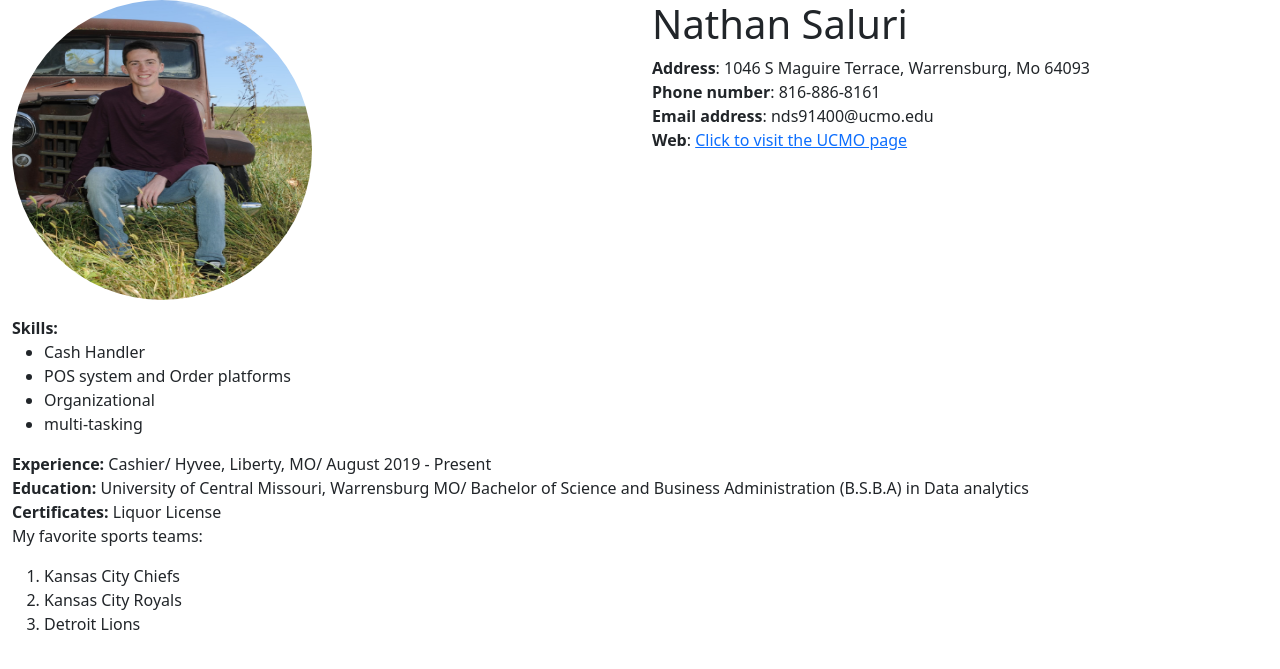
Repository: nds91400/spring-2023-cis2625-serverless
Page: lesson8/index.html
The author's editor kept a record of every edit. The page is drawn from the files as they stood at one moment, then again after the next edit.
The browser window is 1280 px wide. The pictures show the whole page.

Above is the page before.

After the next edit:
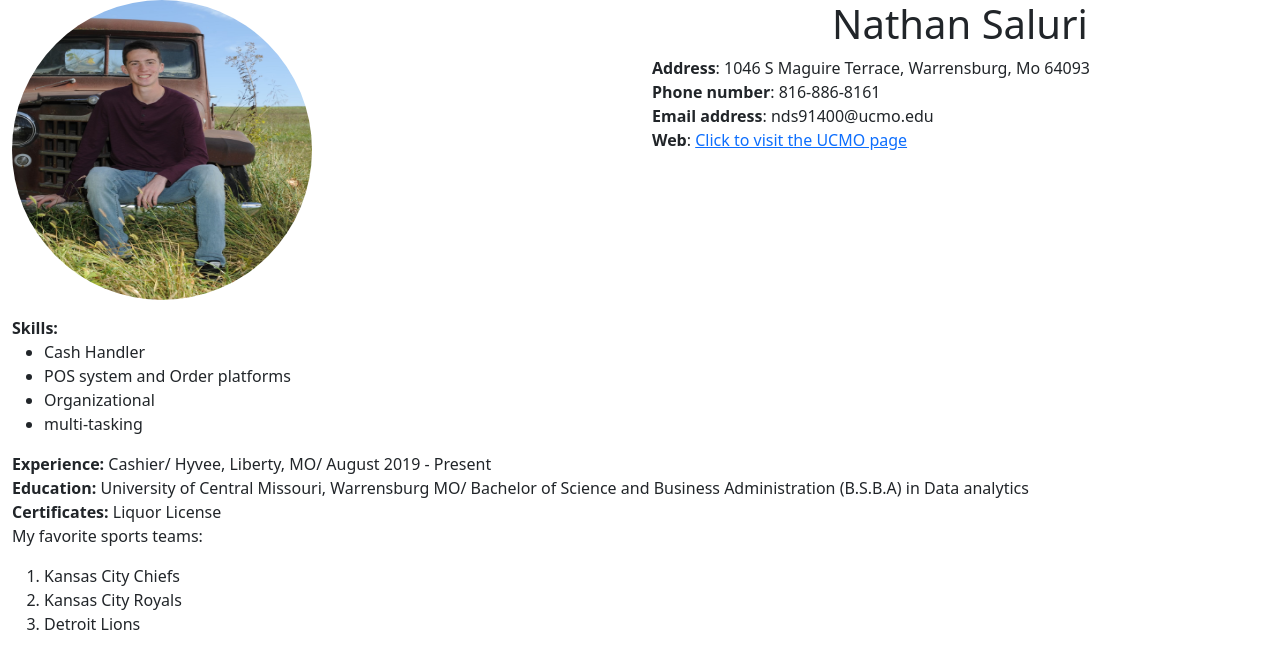
The edit:
--- a/lesson8/index.html
+++ b/lesson8/index.html
@@ -13,7 +13,7 @@
       <p><img src="img/Saluri1.jpg" class="rounded-circle" alt="Nate Saluri Picture" height="300" width="300"</p>
     </div>
     <div class="col-sm-9 col-md-6">
-    <h1>Nathan Saluri</h1>
+    <p class="h1 text-center">Nathan Saluri</p>
 <b>Address</b>: 1046 S Maguire Terrace, Warrensburg, Mo 64093</br>
 <b>Phone number</b>: 816-886-8161</br>
 <b>Email address</b>: nds91400@ucmo.edu</br>
